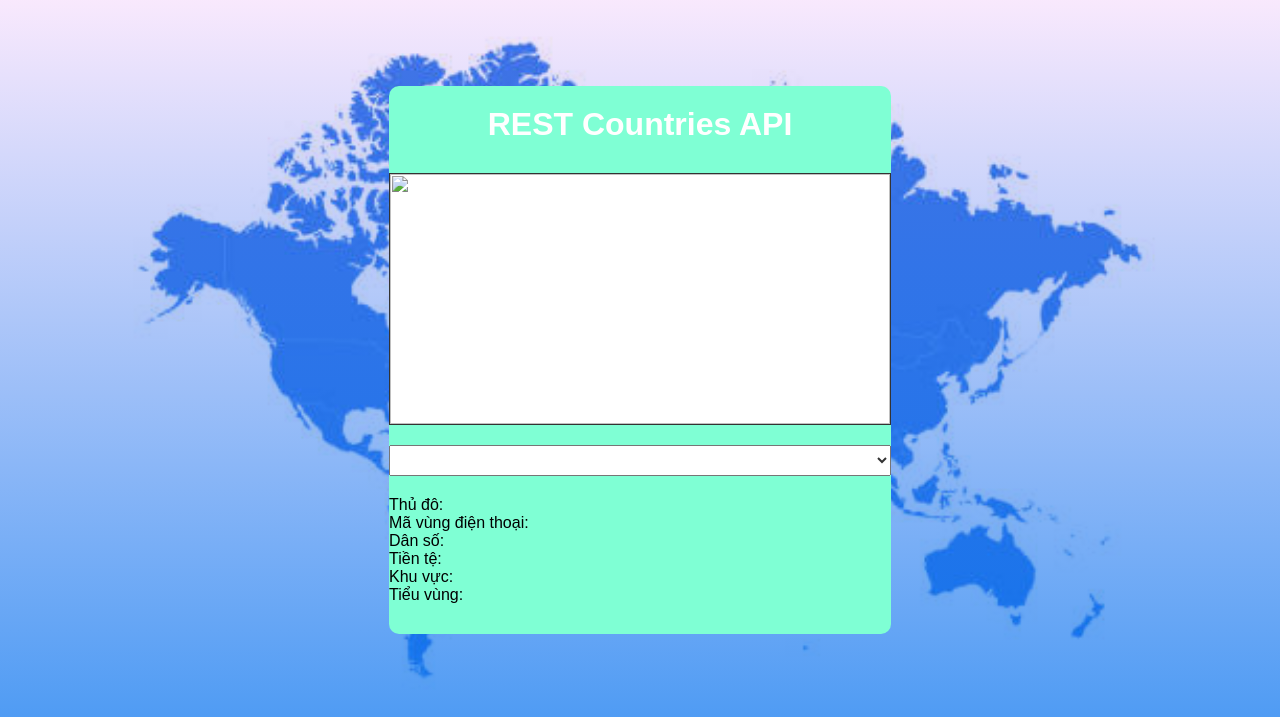
Repository: KhoaTran204/Rest-countries-api-app
Page: index.html
An editor plug-in stored every save of this project. The page is shown before and after the next save, followed by the edit.
The browser window is 1280 px wide. The pictures show the whole page.
The page's requests for data from a server got no answer.

Above is the page before, as saved 2024-04-14 08:49:19.

After the next save:
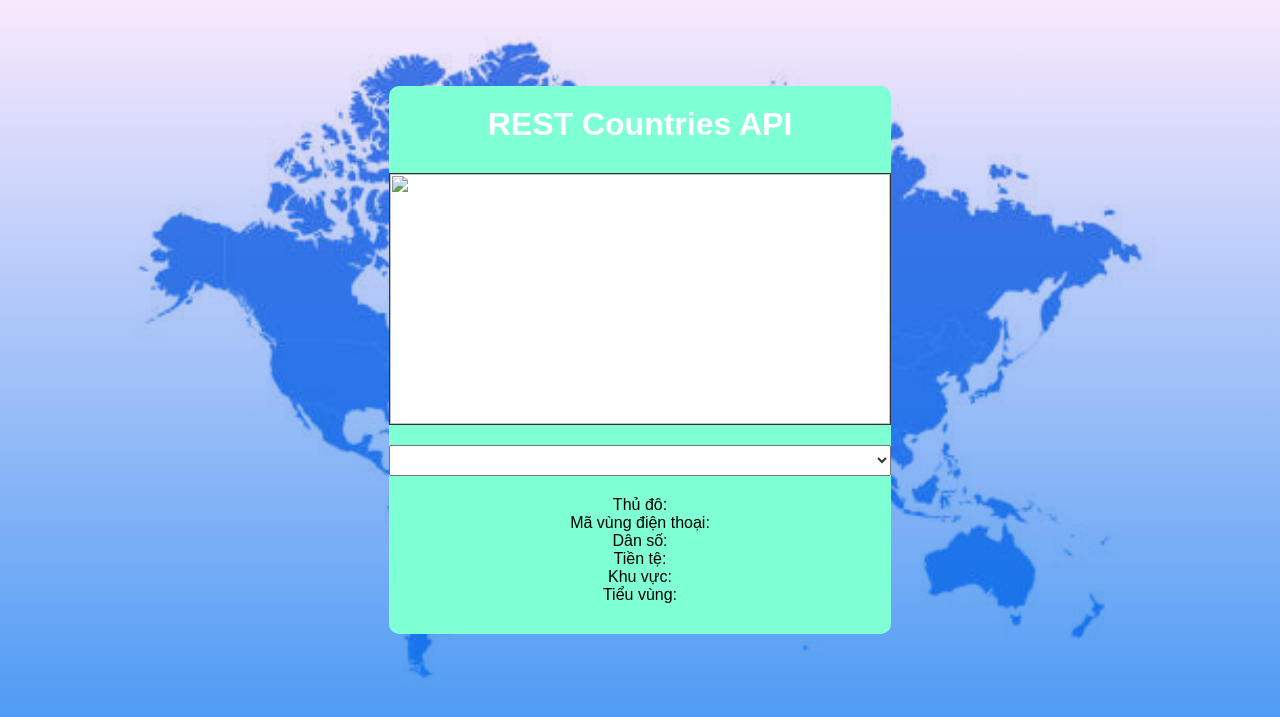
Saved 36 s later.
--- a/style.css
+++ b/style.css
@@ -68,3 +68,6 @@ body {
   font-weight: 900;
   text-align-last: center;
 }
+.info {
+  text-align: center;
+}
